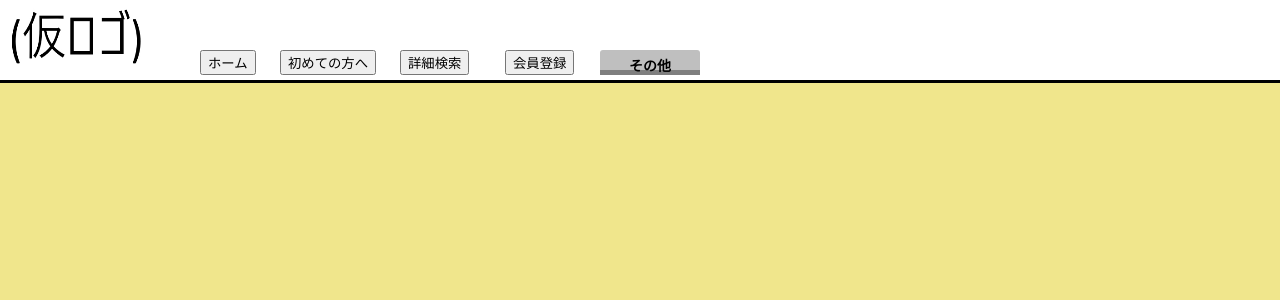
Repository: k0816/backup-master
Page: http://localhost/cycle/includeHeader.jsp
An editor plug-in stored every save of this project. The page is shown before and after the next save, followed by the edit.
The browser window is 1280 px wide. The pictures show the whole page.
The page is served by Tomcat 9. Other server files are loaded and not shown.

Above is the page before, as saved 2018-01-18 04:27:02.

### cycle/WebContent/includeHeader.jsp
<%@ page language="java" contentType="text/html; charset=UTF-8"
	pageEncoding="UTF-8"%>
<%@ taglib prefix="s" uri="/struts-tags"%>
<!DOCTYPE html PUBLIC "-//W3C//DTD HTML 4.01 Transitional//EN" "http://www.w3.org/TR/html4/loose.dtd">
<html>
<head>

<meta http-equiv="Content-Type" content="text/html; charset=utf-8" />
<meta http-equiv="Content-Style-Type" content="text/css" />
<meta http-equiv="Content-Script-Type" content="text/javascript" />
<meta http-equiv="imagetoolbar" content="no" />
<meta name="description" content="" />
<meta name="keywords" content="" />

<script type="text/javascript" >

</script>

<title>ヘッダー記述</title>

<style type="text/css">
#header {
	width: 100%;
	height: 80px;
	background-color: white;
	border-bottom: 3px solid black;
	position: fixed;
}

#welcome {
    position: absolute;
	left: 200px;
	top:20px;
}

.botan {
	position: absolute;
	top: 50px;
}

#home {
	position: absolute;
	left: 200px;
}

#new {
	position: absolute;
	left: 280px;
}

#search {
	position: absolute;
	left: 400px;
}

#other {
	position: absolute;
	left: 500px;
}

#create {
	position: absolute;
	left: 505px;
}

/*背景設定*/
body {
	/* background: url("./image/wood.jpg"); */
	background-color: #F0E68C;
	margin: 0;
	padding: 0;
}

/* ドロップダウンメニュー設定 */
#dropmenu {
	list-style-type: none;
	width: 100px;
	height: 20px;
	margin: 0px auto 0px;
	padding: 0;
	background: #bfbfbf;
	border-bottom: 5px solid #7f7f7f;
	border-radius: 3px 3px 0 0;
	position: absolute;
	left: 600px;
}

#dropmenu li {
	position: relative;
	width: 100%;
	float: left;
	margin: 0;
	padding: 0;
	text-align: center;
}

#dropmenu li a {
	display: block;
	margin: 0;
	padding: 10px ;
	color: black;
	font-size: 14px;
	font-weight: bold;
	line-height: 1;
	text-decoration: none;
}

#dropmenu li:hover>a {
	background: #bfbfbf;
	color: black;
}

#dropmenu>li:hover>a {
	border-radius: 3px 3px 0 0;
}

#dropmenu li ul {
	list-style: none;
	position: absolute;
	top: 100%;
	left: 0;
	margin: 0;
	padding: 0;
	border-radius: 0 0 3px 3px;
}

#dropmenu li ul li {
	overflow: hidden;
	width: 100%;
	height: 0;
	color: #fff;
	-moz-transition: .2s;
	-webkit-transition: .2s;
	-o-transition: .2s;
	-ms-transition: .2s;
	transition: .2s;
}

#dropmenu li ul li a {
	padding: 13px 13px;
	background:#bfbfbf;
	text-align: center;
	font-size: 12px;
	font-weight: normal;
}

#dropmenu li:hover ul li {
	overflow: visible;
	height: 38px;
	border-top: 1px solid #bfbfbf;
	border-bottom: 1px solid #616d0b;
}

#dropmenu li:hover ul li:first-child {
	border-top: 0;
}

#dropmenu li:hover ul li:last-child {
	border-bottom: 0;
}

#dropmenu li:hover ul li:last-child a {
	border-radius: 0 0 3px 3px;
}
</style>

</head>
<body>

	<div id="header">
		<img src="image\logotest.jpg" width="150" height="80">

		<div id="welcome">
		<s:if test="#session.loginUser != null">
		ようこそ！<s:property value="#session.loginUser.getUserName()" escape="false" />様！
		</s:if>

		</div>


		<div class="botan">

			<div id="home">
				<form action="GoHomeAction">
					<input type="submit" value="ホーム" />
				</form>
			</div>
			<div id="new">
				<form action="ToNewUserAction">
					<input type="submit" value="初めての方へ" />
				</form>
			</div>
			<div id="search">
				<form action="PartySearchAction">
					<input type="submit" value="詳細検索" />
				</form>
			</div>

			<div id="create">
					<s:if test="#session.loginUser != null">

			<ul id="dropmenu">
				<li><a href="#">マイページ</a>
					<ul>
						<li><a href="FavoriteParty">お気に入りリスト</a></li>
						<li><a href="JoinHistory">参加履歴</a></li>
						<li><a href="YourInfo">登録情報</a></li>
					</ul>
				</li>
			</ul>

					</s:if>
				<s:else>
				<form action="UserCreateAction">
					<input type="submit" value="会員登録" />
				</form>
				</s:else>
			</div>

			<!-- ドロップダウンメニュー -->

			<ul id="dropmenu">
				<li><a href="#">その他</a>
					<ul>
						<li><a href="ToNewUserAction">お知らせ</a></li>
						<li><a href="#">会社概要</a></li>
						<li><a href="#">お問い合わせ</a></li>
						<li><s:if test="#session.loginUser != null"> <a href = "LogoutAction">ログアウト</a></s:if></li>
					</ul>
				</li>
			</ul>
		</div>
	</div>
	<br>
	<br>
	<br>
	<br>


</body>
</html>

After the next save:
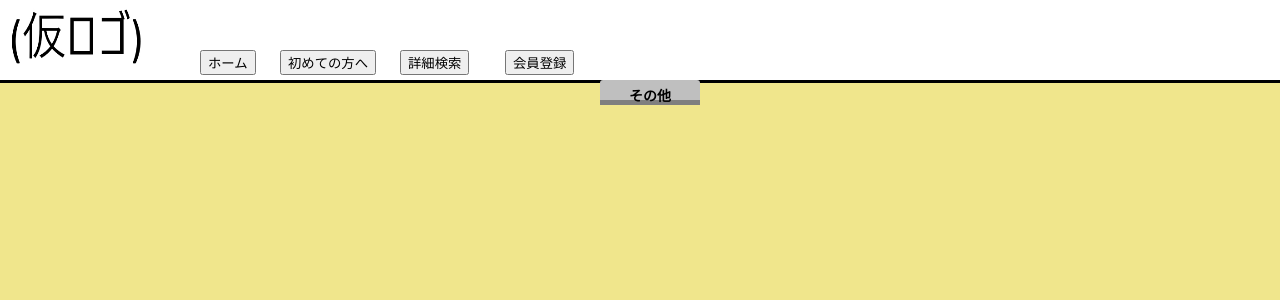
Saved 2 min 23 s later.
--- a/cycle/WebContent/includeHeader.jsp
+++ b/cycle/WebContent/includeHeader.jsp
@@ -196,7 +196,6 @@ body {
 				</form>
 			</div>
 
-			<div id="create">
 					<s:if test="#session.loginUser != null">
 
 			<ul id="dropmenu">
@@ -210,12 +209,15 @@ body {
 			</ul>
 
 					</s:if>
+
 				<s:else>
+				<div id="create">
 				<form action="UserCreateAction">
 					<input type="submit" value="会員登録" />
 				</form>
+				</div>
 				</s:else>
-			</div>
+		</div>
 
 			<!-- ドロップダウンメニュー -->
 
